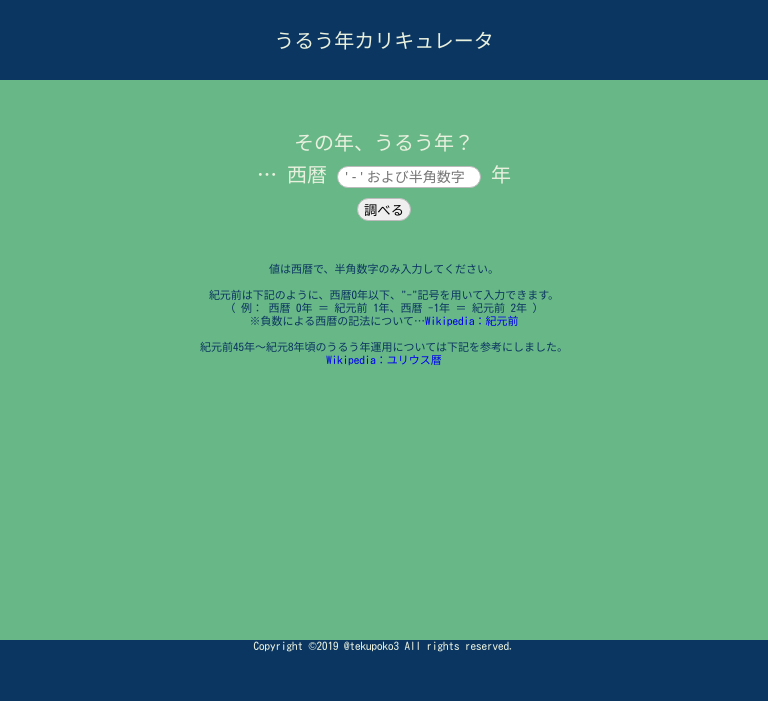
Repository: tekupoko3/leap_year_calculator
Page: leapyearcalc/judgeleapyear/templates/judgeleapyear/index.html
The author's editor kept a record of every edit. The page is drawn from the files as they stood at one moment, then again after the next edit.
The browser window is 768 px wide. The pictures show the whole page.
The template is drawn by Django 3.2. The application's start-up code is not run. Other server files are loaded and not shown. The template is opened directly, without the code that normally fills it, so the values that code supplies are empty.

Above is the page before.

### leapyearcalc/judgeleapyear/templates/judgeleapyear/index.html
<!DOCTYPE html>
<html lang="ja">
<head>
  <meta charset="UTF-8">
  <meta name="viewport" content="width=device-width, initial-scale=1.0">
  <meta http-equiv="X-UA-Compatible" content="ie=edge">

  <meta http-equiv="content-language" content="ja" />
  <meta name="description" content="シンプルなうるう年判定器です。" />
  <meta name="keywords" content="うるう年, 閏年, leap year, 計算, 判定, カリキュレータ" />
  <meta name="creation date" content="December 15, 2019" />
  <meta name="copyright" content="Copyright (C) 2019 @tekupoko3" />
  <meta name="country code" scheme="81" />
  <link rel="start" href="https://leapyearcalc.herokuapp.com" />
  <meta name="Targted Geographic Area" content="Japan" />
  <meta name="distribution" content="Global" />
  <meta name="coverage" content="Japan" />
  <meta name="classification" content="エンターテイメント" />
  <meta name="rating" content="All Ages" />
  <meta name="robots" content="NOARCHIVE" />
  <meta http-equiv="pragma" content="no-cache" />
  <meta name="robots" content="NOIMAGEINDEX" />
  <meta name="robots" content="NOIMAGECLICK" />
  <meta http-equiv="imagetoolbar" content="no" />
  <meta name="robots" content="NOODP" />
  <meta name="robots" content="NOYDIR" />
  <meta name="format-detection" content="telephone=no,email=no" />


  <title>うるう年カリキュレータ</title>


  {% load static %}
  <link rel="stylesheet" href="{% static "judgeleapyear/reset.css" %}" type="text/css" />
  <link href="https://fonts.googleapis.com/css?family=Kosugi+Maru&display=swap" rel="stylesheet">
  <link rel="stylesheet" href="{% static "judgeleapyear/base.css" %}" type="text/css" />
  <link rel="stylesheet" href="{% static "judgeleapyear/index.css" %}" type="text/css" />
</head>
<body>
  <header>
    <div class="navbar">
      <div class="headertitle">
        <a href="/"><p>うるう年カリキュレータ</p></a>
      </div>
    </div>
    <div class="flash">

    </div>
  </header>
  <main>
    <div class="mainwrapper">
      <div class="yearform">
        <form action="calc" id="yearinput" method="post">
          {% csrf_token %}
          <p>その年、うるう年？</p>
          <div class="inputblock">
              … 西暦
            {% if year is None %}
              <input type="text" name="year" placeholder="' - ' および半角数字" class="inputbox" pattern="-?[0-9]+" title="半角負号' - '（任意）と、連続した半角数字のみで入力して下さい。" required />
            {% else %}
              <input type="text" name="year" placeholder="' - ' および半角数字" value='{{ year }}' class="inputbox" pattern="-?[0-9]+" title="半角負号' - '（任意）と、連続した半角数字のみで入力して下さい。" required />
            {% endif %}
            年
          </div>
          <input type="submit" value="調べる" class="button">
        </form>
      </div>
      {% if not error is None %}
      <div class="error-text">
          <p>{{ error }}</p>
      </div>
      {% endif %}
      <p>値は西暦で、半角数字のみ入力してください。</p>
      <br>
      <p>紀元前は下記のように、西暦0年以下、"-"記号を用いて入力できます。</p>
      <p>（ 例： 西暦 0年 ＝ 紀元前 1年、西暦 -1年 ＝ 紀元前 2年 ）</p>
      <p>※負数による西暦の記法について…<a href="https://ja.wikipedia.org/wiki/%E7%B4%80%E5%85%83%E5%89%8D#%E5%A4%A9%E6%96%87%E5%AD%A6%E3%81%AB%E3%81%8A%E3%81%91%E3%82%8B%E7%B4%80%E5%85%83%E5%89%8D" target="_blank">Wikipedia：紀元前</a></p>
      <br>
      <p>紀元前45年〜紀元8年頃のうるう年運用については下記を参考にしました。</p>
      <p><a href="https://ja.wikipedia.org/wiki/%E3%83%A6%E3%83%AA%E3%82%A6%E3%82%B9%E6%9A%A6#%E9%81%8B%E7%94%A8" target="_blank">Wikipedia：ユリウス暦</a></p>
      {% if not result is None %}
        {% if result == "ユリウス暦以前" %}
          <div class="result">
            <p>紀元前46年以前には<span>うるう年の概念は<br class="sp-br">ありませんでした。</span></p>
          </div>
        {% elif year >= 5000000000 %}
          <div class="result">
            <p>{{ year_text }}年は<span>{{ result }}</span>ですが、<br><span>その頃には地球は<br><a href="https://news.livedoor.com/article/detail/15371910/" target="_blank">太陽に飲み込まれている</a>かもしれません。</span></p>
          </div>
        {% elif year >= 1750000000 %}
          <div class="result">
            <p>{{ year_text }}年は<span>{{ result }}</span>ですが、<br><span>その頃には<a href="https://matome.naver.jp/odai/2138299155821433901" target="_blank">地球上に生物がいない</a>かもしれません。</span></p>
          </div>
        {% else %}
          <div class="result">
            <p>{{ year_text }}年は<span>{{ result }}</span>です。</p>
          </div>
        {% endif %}
      {% endif %}
    </div>
  </main>
  <footer>
    <p>Copyright ©2019 <a href="https://twitter.com/tekupoko3" target="_blank">@tekupoko3</a> All rights reserved.</p>
  </footer>
</body>
</html>

### leapyearcalc/judgeleapyear/static/judgeleapyear/base.css
html, body, div, span, object, iframe,
h1, h2, h3, h4, h5, h6, p, blockquote, pre,
abbr, address, cite, code,
del, dfn, em, img, ins, kbd, q, samp,
small, strong, sub, sup, var,
b, i,
dl, dt, dd, ol, ul, li,
fieldset, form, label, legend,
table, caption, tbody, tfoot, thead, tr, th, td,
article, aside, canvas, details, figcaption, figure,
footer, header, hgroup, menu, nav, section, summary,
time, mark, audio, video {
  font-family: 'Kosugi Maru', sans-serif;
  -webkit-box-sizing: border-box;
  -moz-box-sizing: border-box;
  box-sizing: border-box;
}

a {
  text-decoration: none;
}

### leapyearcalc/judgeleapyear/static/judgeleapyear/index.css
header .navbar{
  background-color: #0B3661;
  width: 100vw;
  height: 20vh;
  display: flex;
  flex-flow: row wrap;
  justify-content: space-around;
  align-items: center;
}

.headertitle a{
  text-decoration: none;
}

.headertitle > a > p{
  color: #E8F0DE;
  flex: 0 1 auto;
  display: block;
  font-size: 40px;
}

main{
  width: 100vw;
  height: 70vh;
}

main .mainwrapper{
  background-color: #68B787;
  width: 100vw;
  height: 100%;
  text-align: center;
  padding: 2px;
  color: #0B3661;
  font-size: 13px;
}

main .mainwrapper .yearform{
  display: flex;
  width: 100%;
  padding-top: 50px;
  padding-bottom: 40px;
  flex-flow: row wrap;
  justify-content: center;
  align-items: center;
}

main .mainwrapper .yearform > form > p{
  display: inline;
  vertical-align: middle;
  flex: 0 1 auto;
  color: #E8F0DE;
  font-size: 20px;
  padding-top: 2px;
}

.inputblock{
  display: inline-block;
  vertical-align: middle;
  min-width: 280px;
  flex: 0 1 auto;
  color: #E8F0DE;
  font-size: 20px;
  padding-top: 2px;
}

main .mainwrapper > p{
  vertical-align: middle;
  color: #0B3661;
  font-size: 13px;
  padding-top: 2px;
}

main .mainwrapper > p > a{
  text-decoration: none;
}

.inputbox{
  flex: 0 1 auto;
  width: 130px;
  -webkit-border-radius: 20px;
  -moz-border-radius: 20px;
  text-align: center;
  vertical-align: middle;
  border: 1px solid #bbb;
  border-radius: 20px;
  font-size: 16px;
  color: #333;
  padding-right: 10px;
  ime-mode: disabled;
}

.inputbox::-webkit-input-placeholder {
  font-size: 14px;
}
.inputbox:-moz-placeholder {
  font-size: 14px;
}
.inputbox::-moz-placeholder {
  font-size: 14px;
}
.inputbox:-ms-input-placeholder {
  font-size: 14px;
}

.button{
  flex: 0 1 auto;
  vertical-align: middle;
  border: 1px solid #bbb;
  -webkit-border-radius: 20px;
  -moz-border-radius: 20px;
  border-radius: 20px;
}

.error-text > p{
  color: #922;
  font-size: 13px;
  margin-bottom: 10px;
}

main .mainwrapper .result{
  margin-top: 20px;
  display: flex;
  flex-flow: row wrap;
  justify-content: space-around;
  align-items: center;
}

main .mainwrapper .result > p{
  color: #E8F0DE;
  font-size: 30px;
}

main .mainwrapper .result > p > span{
  color: #E8F0DE;
  font-size: 60px;
}

footer {
  background-color: #0B3661;
  width: 100vw;
  height: 10vh;
  display: flex;
  flex-flow: row wrap;
  justify-content: space-around;
  align-items: center;
}

footer p{
  color: #E8F0DE;
  flex: 0 1 auto;
  display: block;
  font-size: 15px;
}

footer p > a{
  color: #E8F0DE;
  flex: 0 1 auto;
  text-decoration: none;
}

@media screen and (min-width:780px){
  .sp-br{
    display: none;
  }

}

@media screen and (max-width:780px){
  header .navbar{
    height: 10vh;
  }

  .headertitle a > p{
    font-size: 20px;
    flex-flow: row wrap;
    justify-content: center;
    align-items: center;
    vertical-align: middle;
  }

  main{
    height: 70vh;
  }

  main .mainwrapper p{
    color: #0B3661;
    font-size: 11px;
    padding-top: 2px;
  }

  .inputblock{
    display: block;
    margin: 10px;
  }

  main .mainwrapper .error-text > p{
    color: #922;
    display: block;
    width: 400px;
    margin: auto;
    margin-top: 10px;
    margin-bottom: 10px;
    font-size: 11px;
    text-align: center;
  }


  main .mainwrapper .result{
    display: flex;
    flex-flow: row wrap;
    justify-content: center;
    align-items: center;
    vertical-align: middle;

  }

  main .mainwrapper .result > p{
    flex: 0 1 auto;
    color: #E8F0DE;
    font-size: 20px;
  }


  main .mainwrapper .result > p > span{
    flex: 0 1 auto;
    width: 350px;
    color: #E8F0DE;
    font-size: 25px;
    display: block;
    padding: 10px 40px;
    word-wrap:break-word;
  }

  footer {
    height: 20vh;
    align-items: start;
  }


  footer p{
    font-size: 11px;
  }
}

Loaded but not shown: leapyearcalc/judgeleapyear/static/judgeleapyear/reset.css (common file)

After the next edit:
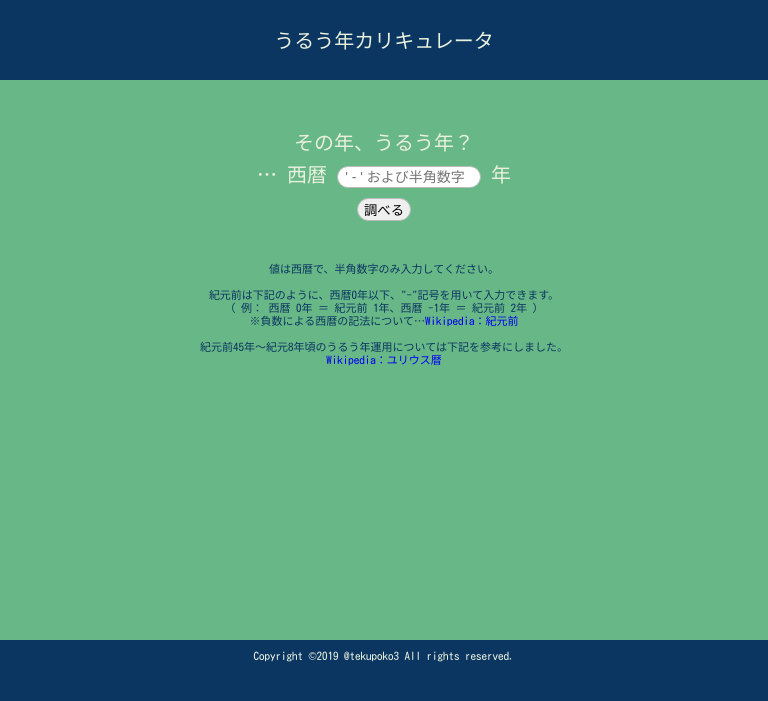
The edit:
--- a/leapyearcalc/judgeleapyear/static/judgeleapyear/index.css
+++ b/leapyearcalc/judgeleapyear/static/judgeleapyear/index.css
@@ -239,5 +239,6 @@
 
   footer p{
     font-size: 11px;
-  }
-}
+    padding-top: 10px;
+  }
+}
